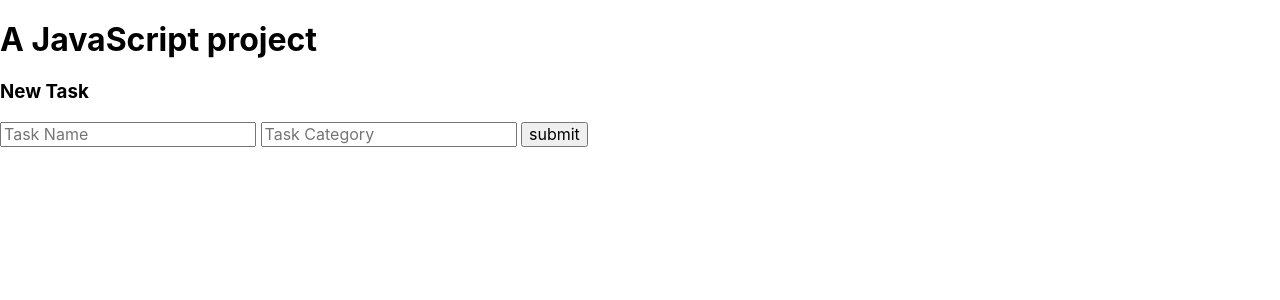
Repository: randysteele/todoapp-
Page: src/index.html
These files come from the project's save history. The page is drawn as it stood at one moment and after the next save; the edit follows.
The browser window is 1280 px wide. The pictures show the whole page.
The page's requests for data from a server got no answer.

Above is the page before, as saved 2021-02-09 16:20:38.
Console error: SyntaxError: Identifier 'backend_url' has already been declared

After the next save:
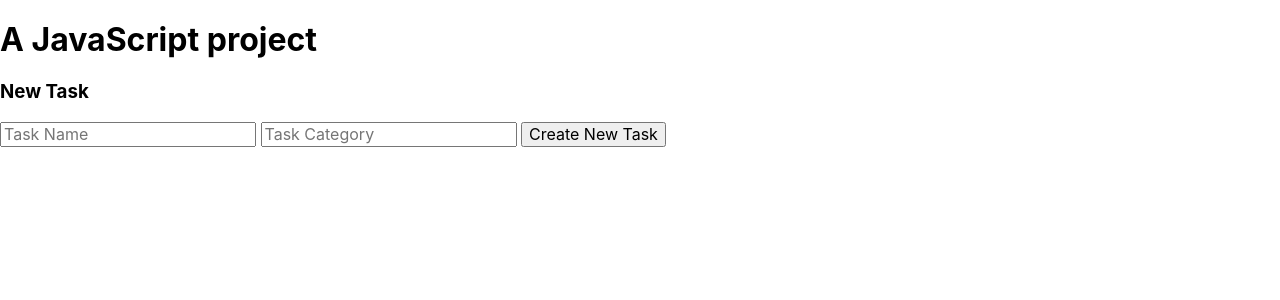
Saved 91 s later.
--- a/src/index.html
+++ b/src/index.html
@@ -18,7 +18,7 @@
     <form id="create-task-form" class="form">
      <input id="input-name" type="text" name="name" value="" placeholder="Task Name">
      <input id="input-name" type="text" name="name" value="" placeholder="Task Category">
-     <input id="submit" type="submit" name="submit" value="submit">
+     <input id="create-button" type="submit" name="submit" value="Create New Task">
 
     </form>
 
